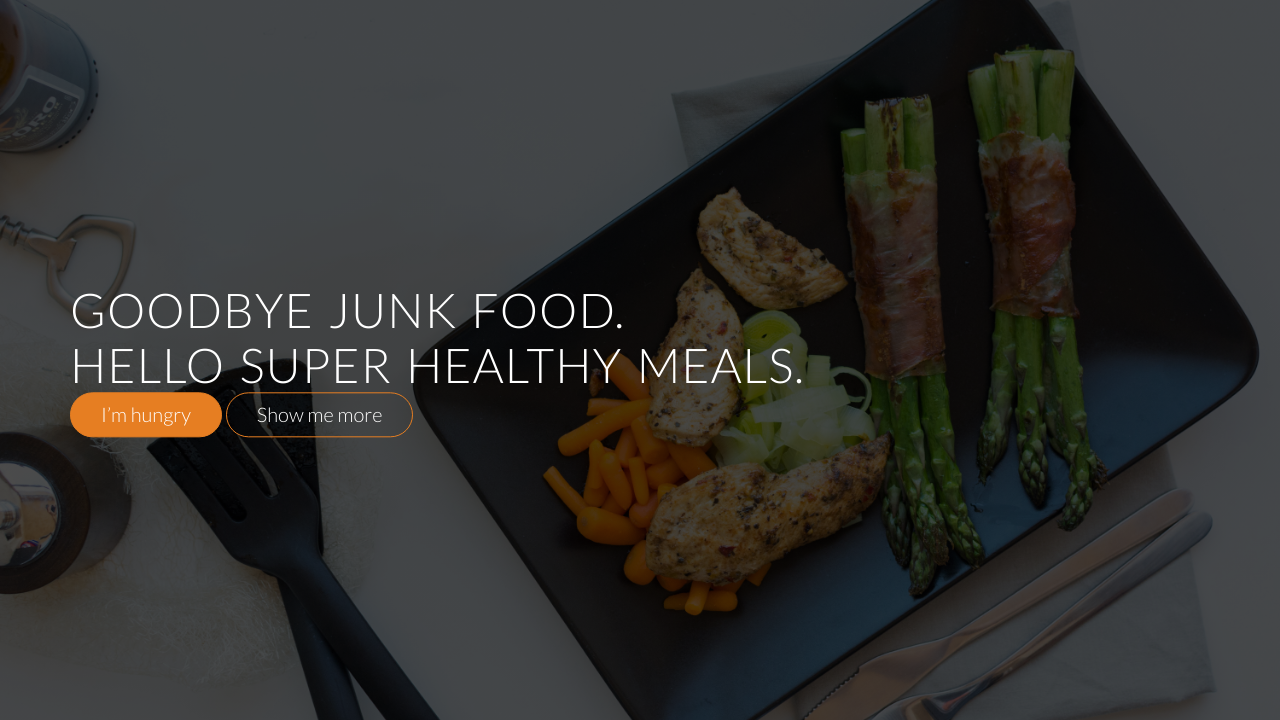
Repository: MalgorzataMazur/Omnifood
Page: index.html
These files come from the project's save history. The page is drawn as it stood at one moment and after the next save; the edit follows.
The browser window is 1280 px wide. The pictures show the whole page.

Above is the page before, as saved 2019-10-23 21:00:53.

After the next save:
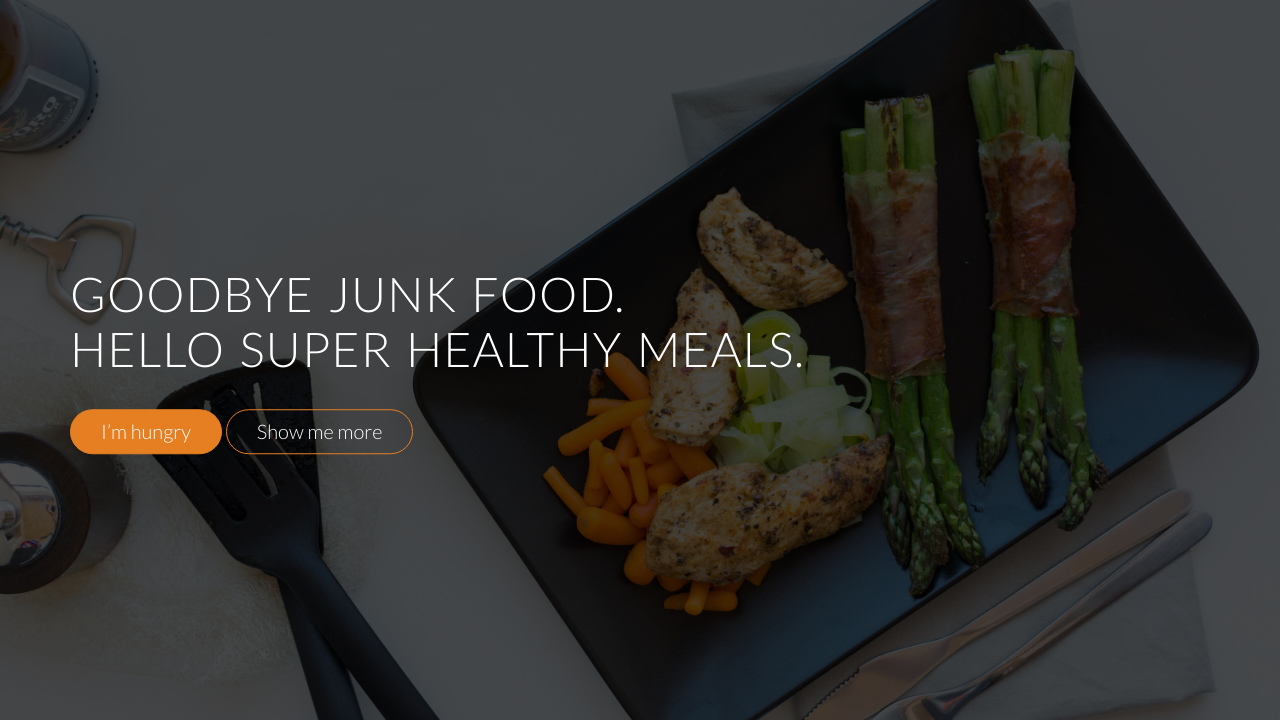
Saved 34 s later.
--- a/resources/css/style.css
+++ b/resources/css/style.css
@@ -34,7 +34,8 @@ header {
 }
 
 h1 {
-    margin: 0;
+    margin-top: 0;
+    margin-bottom: ;
     color: #fff;
     font-size: 240%;
     font-weight: 300;
